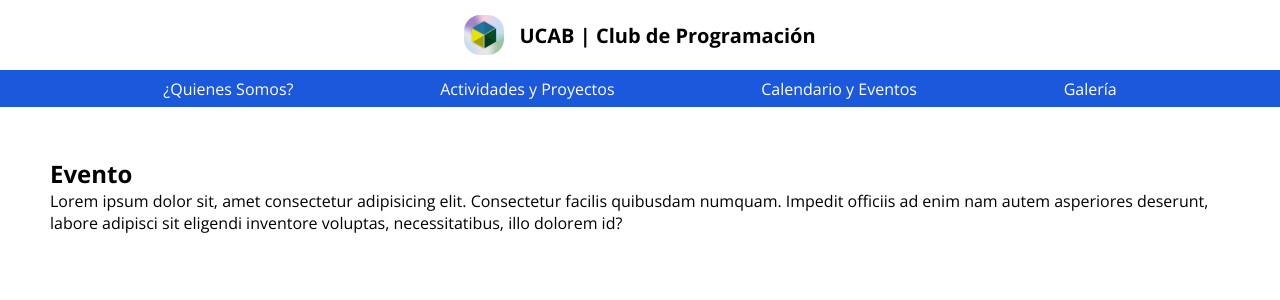
Repository: LuisR404/LandingPage
Page: Pages/CalendarioYEventos.html
The author's editor kept a copy of each file at every save. The page is drawn from the files as they stood at one save, then again after the next save.
The browser window is 1280 px wide. The pictures show the whole page.

Above is the page before, as saved 2025-11-24 14:25:35.

After the next save:
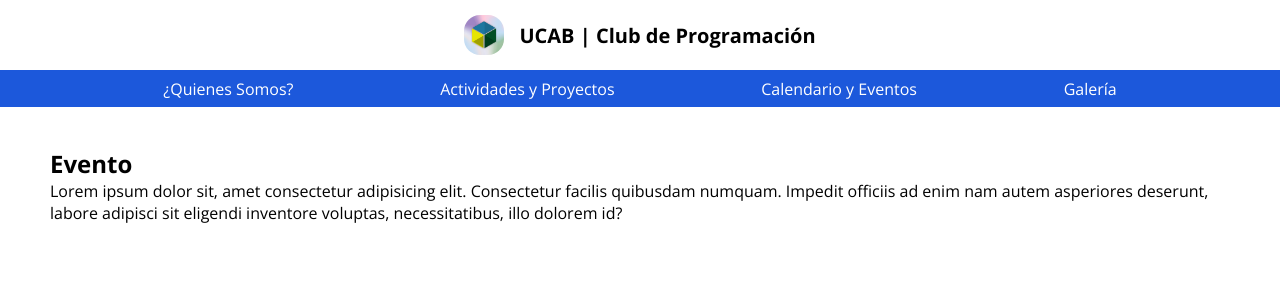
Saved 9 s later.
--- a/Styles/CalendarioYEventos.css
+++ b/Styles/CalendarioYEventos.css
@@ -3,7 +3,7 @@ img {
 }
 
 .eventos {
-    padding: 50px 50px;
+    padding: 40px 50px;
 
     max-width: 100%;
 }
